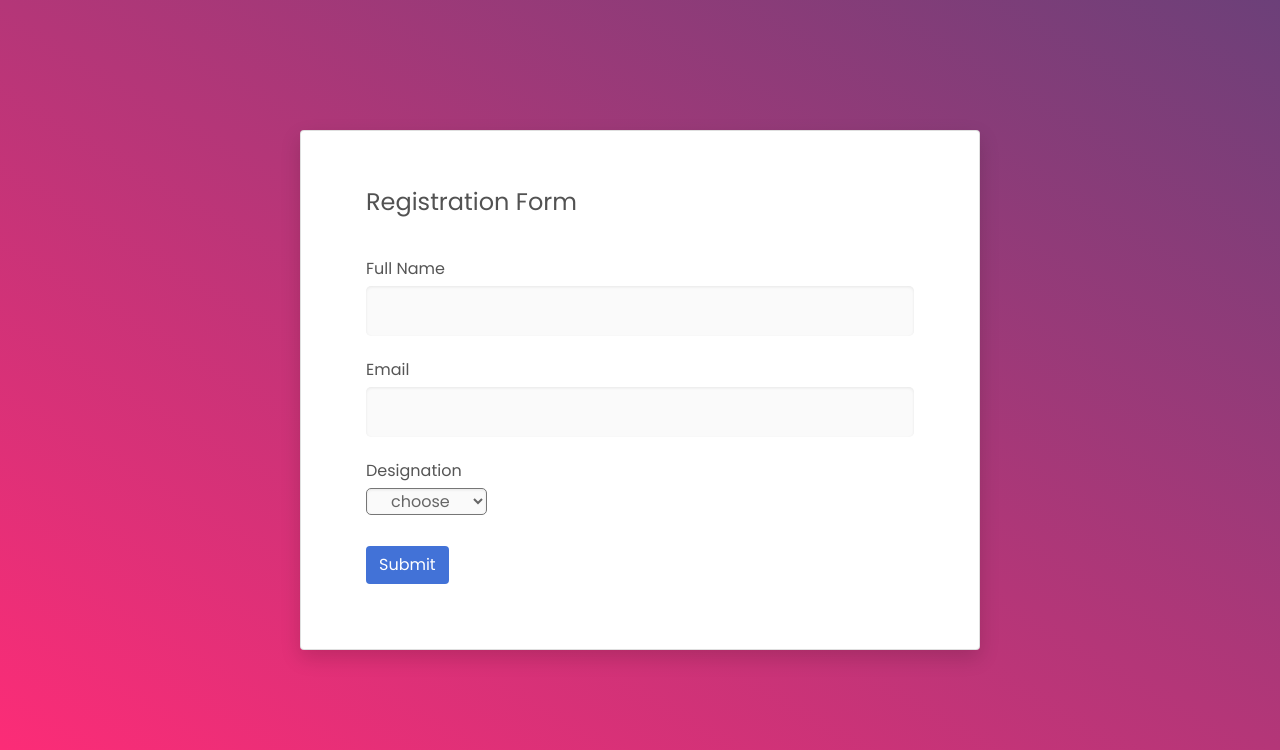
Repository: AbdulRehman0/registration
Page: http://localhost/registration.php
These files come from the project's save history. The page is drawn as it stood at one moment and after the next save; the edit follows.
The browser window is 1280 px wide. The pictures show the whole page.
The page is run by PHP 8.4 with error messages shown; the project is at /var/www/html/.

Above is the page before, as saved 2021-01-05 15:29:57.

After the next save:
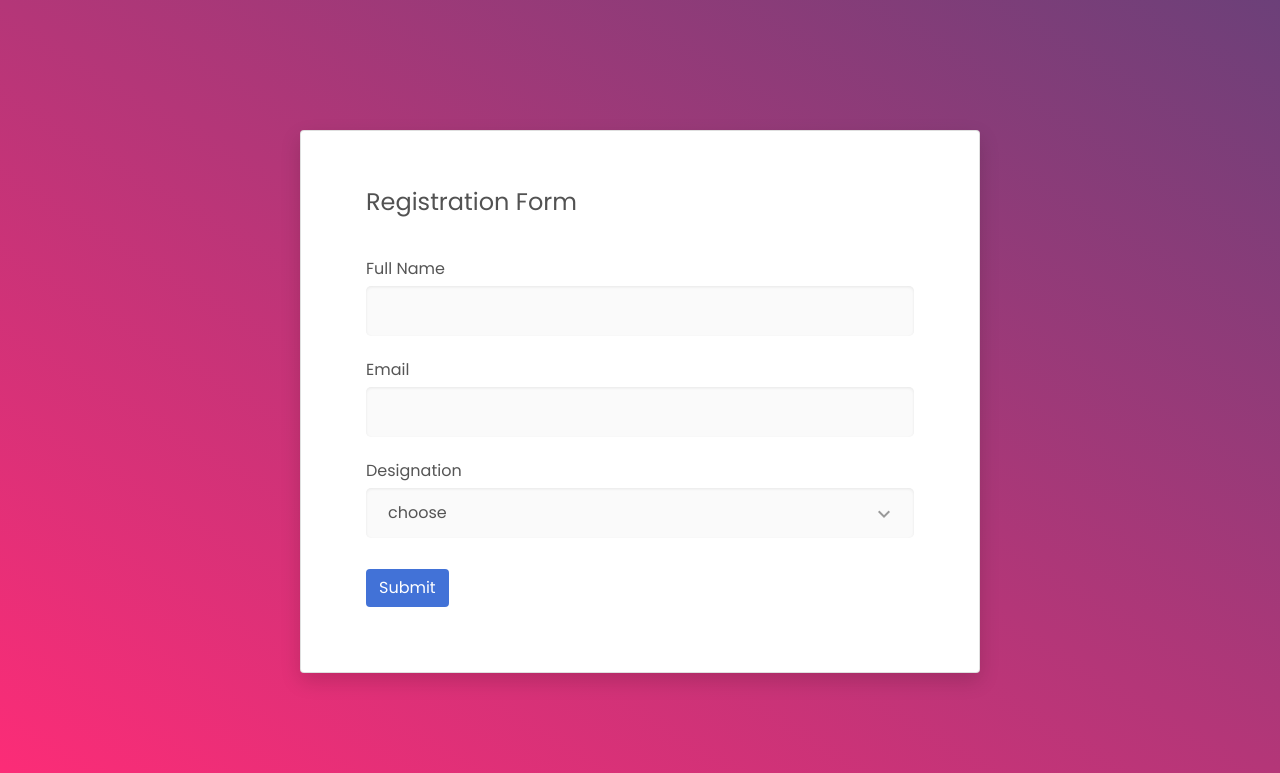
Saved 10 min 51 s later.
--- a/registration.php
+++ b/registration.php
@@ -30,7 +30,7 @@ include "./templates/header.php";
                             <div class="col-md-12">
                                 <div class="form-group">
                                     <label class="label">Designation</label>
-                                    <div class="r-select">
+                                    <div class="rs-select2 js-select-simple select--no-search">
                                         <select class="input--style-4" name="subject">
                                             <option disabled="disabled" selected="selected">choose</option>
                                             <option value="1">Admin</option>
